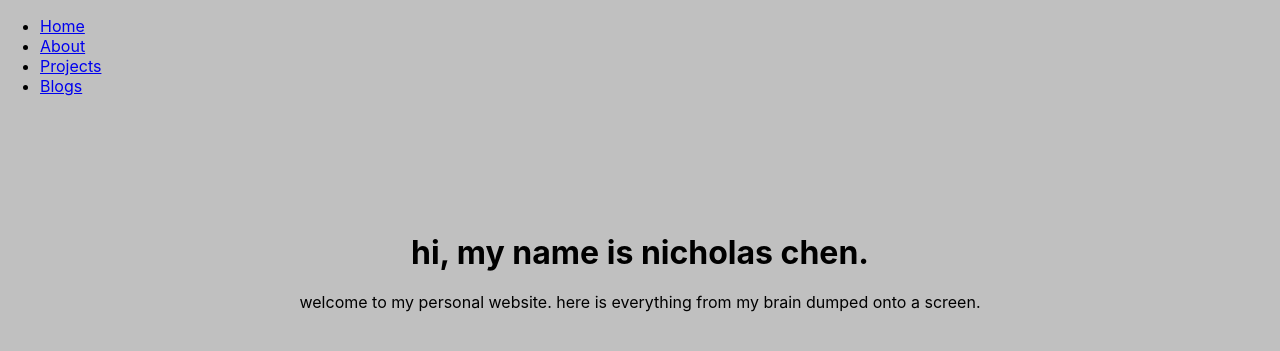
Repository: nicholaschen09/personalWebsite
Page: /
The author's editor kept a copy of each file at every save. The page is drawn from the files as they stood at one save, then again after the next save.
The browser window is 1280 px wide. The pictures show the whole page.
The project was rebuilt for these pictures with package versions that can differ from the ones it lists, and the page was loaded fresh each time. Also part of the build but not shown: src/components/About.css, src/components/About.js, src/components/Projects.css, src/components/Projects.js, src/components/Blog.css, src/components/Blog.js, src/components/Miscellaneous.css, src/components/Miscellaneous.js and 4 more.

Above is the page before, as saved 2024-08-09 10:45:54.

### src/App.js
import React from 'react';
import { BrowserRouter as Router, Route, Routes, Link } from 'react-router-dom';
import About from './components/About.js';
import Home from './components/Home.js';
import Projects from './components/Projects.js';
import Blog from './components/Blog.js';
import Miscellaneous from './components/Miscellaneous.js';
import Design from './components/Design.js';
import Engineering from './components/Engineering.js';

function App() {
  return (
    <Router>
      <div>
        <nav>
          <ul>
            <li>
              <Link to="/">Home</Link>
            </li>
            <li>
              <Link to="/about">About</Link>
            </li>
            <li>
              <Link to="/projects">Projects</Link>
            </li>
            <li>
              <Link to="/blogs">Blogs</Link>
            </li>
          </ul>
        </nav>

        <Routes>
          <Route path="/about" element={<About />} />
          <Route path="/" element={<Home />} />
          <Route path="/projects" element={<Projects />} />
          <Route path="/blogs" element={<Blog />} />
          <Route path="/projects/miscellaneous" element={<Miscellaneous />} />
          <Route path="/projects/design" element={<Design />} />
          <Route path="/projects/engineering" element={<Engineering />} />
        </Routes>
      </div>
    </Router>
  );
}

export default App;

### src/components/Home.js
// src/components/Home/Home.js
import React from 'react';
import './Home.css';

const Home = () => {
    return (
        <div className="home">
            <h1>hi, my name is nicholas chen. </h1>
            <p>welcome to my personal website. here is everything from my brain dumped onto a screen.</p>



        </div>
        );



    };
         <div className="column">
         <h1>work experience</h1>
         </div>


export default Home;

### src/components/Home.css
/* src/components/Home/Home.css */
.home {
    text-align: center;
    padding: 100px;
    width: 700px;
    margin-left: auto;
    margin-right: auto;
}

body {
    background-color: rgb(192, 192, 192);
}

.DinnerImage {
    width: 70%;
    height: 70%;
    margin-left: auto;
    margin-right: auto;
    display: block;
}
p {
    line-height: 1;
}

Loaded but not shown: public/index.html (common file); src/index.js (common file); src/index.css (common file); src/reportWebVitals.js (common file)

After the next save:
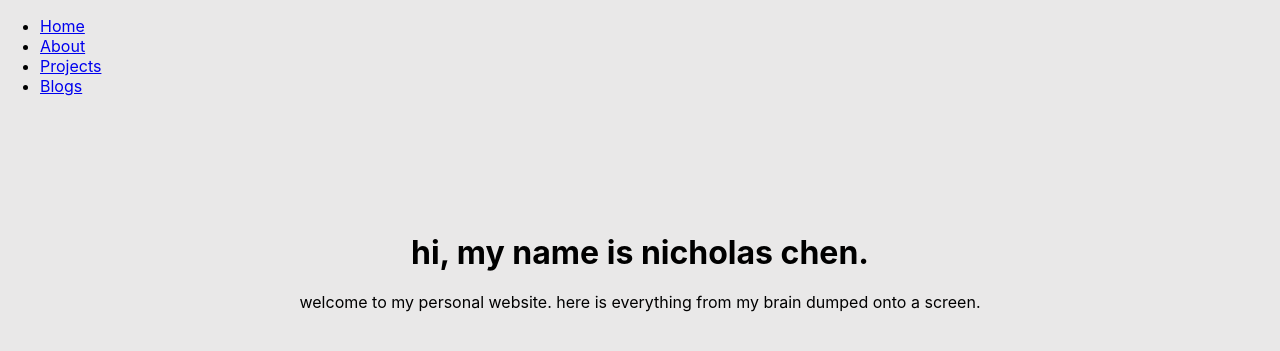
Saved 10 s later.
--- a/src/components/Home.css
+++ b/src/components/Home.css
@@ -8,7 +8,7 @@
 }
 
 body {
-    background-color: rgb(192, 192, 192);
+    background-color: rgb(233, 232, 232);
 }
 
 .DinnerImage {
